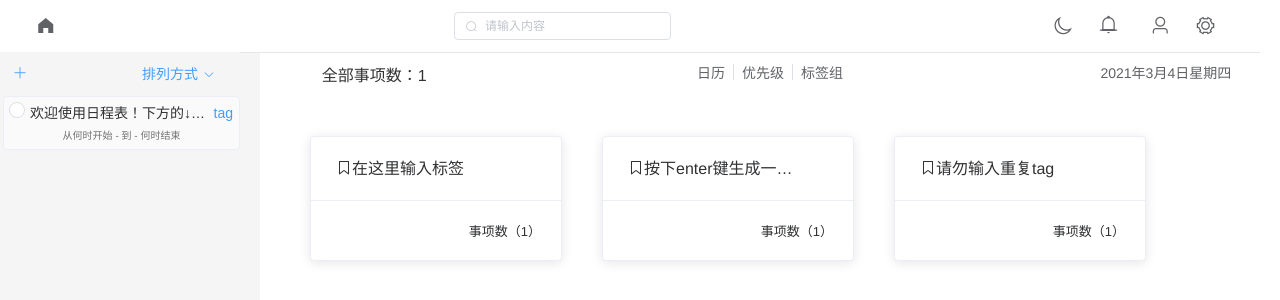
Repository: sierra0114/project01
Page: /#/tags
The author's editor kept a copy of each file at every save. The page is drawn from the files as they stood at one save, then again after the next save.
The browser window is 1280 px wide. The pictures show the whole page.
The project was rebuilt for these pictures with package versions that can differ from the ones it lists, and the page was loaded fresh each time. Also part of the build but not shown: vue.config.js, src/components/Approaching.vue, src/components/Expired.vue, src/components/System.vue, src/components/Calendar.vue, src/components/User.vue, src/components/Login.vue, src/components/Register.vue and 2 more.

Above is the page before, as saved 2021-03-04 00:29:16.

After the next save:
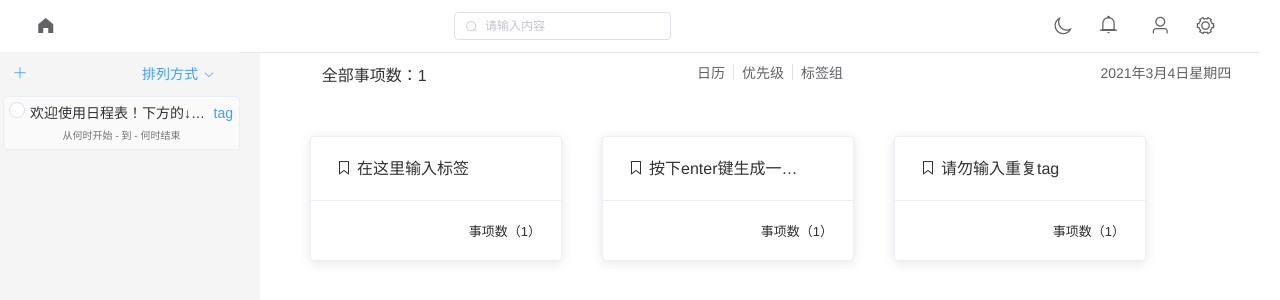
Saved 5 s later.
--- a/src/components/Tags.vue
+++ b/src/components/Tags.vue
@@ -10,7 +10,10 @@
         @click.native="handleClick(index)"
       >
         <div slot="header" class="clearfix">
-          <span><i class="el-icon-collection-tag" style="margin"> </i>{{ item.tagNamw }}</span>
+          <span
+            ><i class="el-icon-collection-tag" style="margin-right: 5px"> </i
+            >{{ item.tagNamw }}</span
+          >
         </div>
         <div class="count">事项数（{{ item.tagCount }}）</div>
       </el-card>
